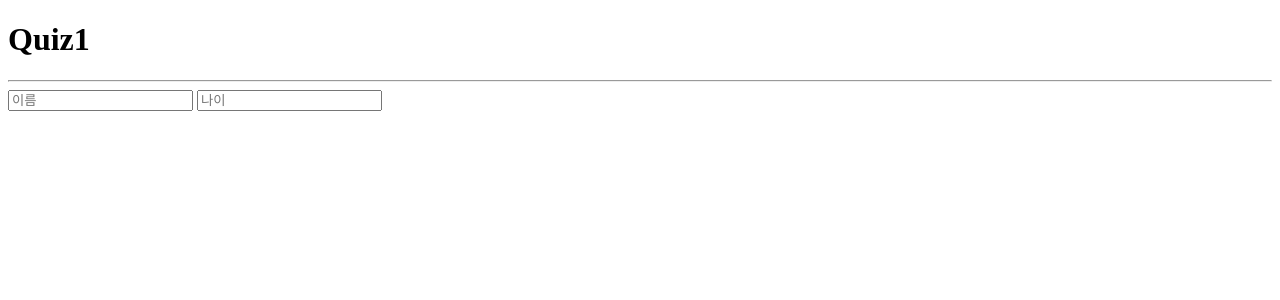
Repository: ChimmyWorld/JSP
Page: http://localhost/Day53/quiz1.jsp
These files come from the project's save history. The page is drawn as it stood at one moment and after the next save; the edit follows.
The browser window is 1280 px wide. The pictures show the whole page.
The page is served by Tomcat 9. Other server files are loaded and not shown.

Above is the page before, as saved 2023-09-22 04:40:16.

### Day53/WebContent/quiz1.jsp
<%@ page language="java" contentType="text/html; charset=UTF-8"
    pageEncoding="UTF-8"%>
<!DOCTYPE html>
<html>
<head>
<meta charset="UTF-8">
<title>quiz1.jsp</title>
</head>
<body>
	<h1>Quiz1</h1>
	<hr>

	<form>
		<input name="name" placeholder="이름" required>
		<input name="age" type="number" placeholder="나이 " required>
	</form>
</body>
</html>

After the next save:
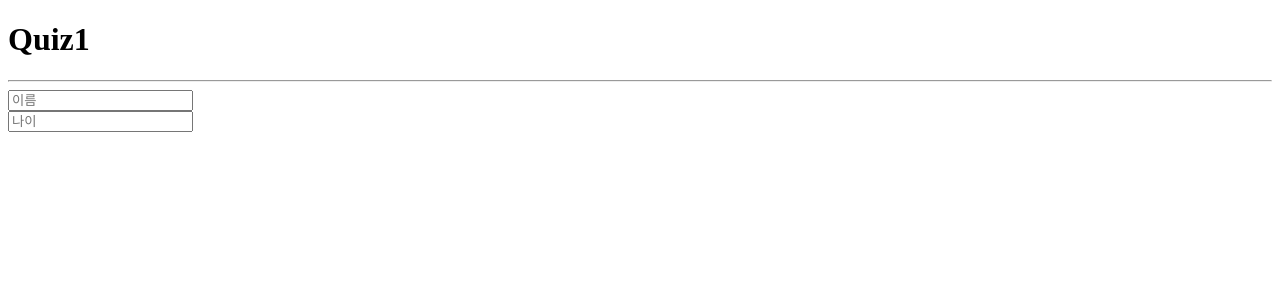
Saved 17 s later.
--- a/Day53/WebContent/quiz1.jsp
+++ b/Day53/WebContent/quiz1.jsp
@@ -11,8 +11,8 @@
 	<hr>
 
 	<form>
-		<input name="name" placeholder="이름" required>
-		<input name="age" type="number" placeholder="나이 " required>
+		<div><input name="name" placeholder="이름" required></div>
+		<div><input name="age" type="number" placeholder="나이 " required></div>
 	</form>
 </body>
 </html>
